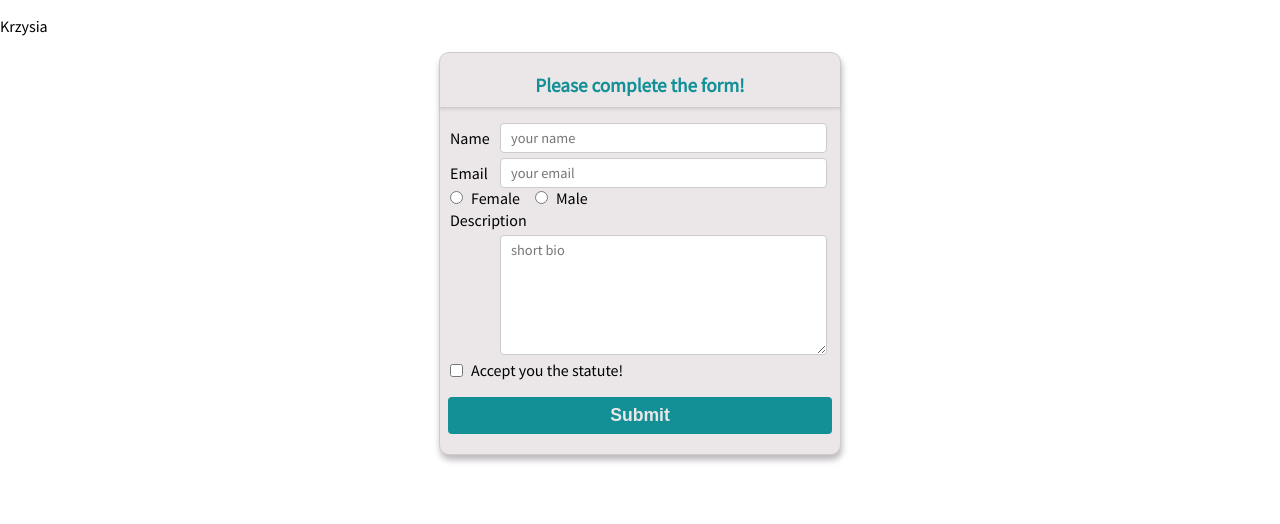
Repository: KrzysKolo/sr_tydzien4_zad2
Page: /
The author's editor kept a copy of each file at every save. The page is drawn from the files as they stood at one save, then again after the next save.
The browser window is 1280 px wide. The pictures show the whole page.
The project was rebuilt for these pictures with package versions that can differ from the ones it lists, and the page was loaded fresh each time. Also part of the build but not shown: src/components/formComponents/ErrorMessage.js, src/components/formComponents/Message.js.

Above is the page before, as saved 2020-11-27 23:31:22.

After the next save:
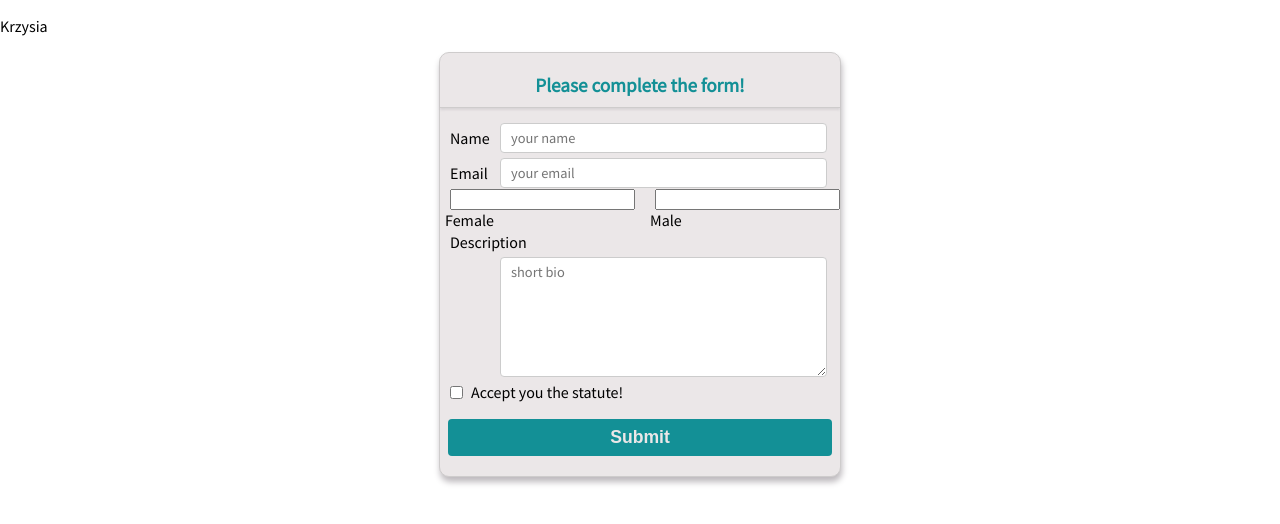
Saved 5 min 52 s later.
--- a/src/components/formComponents/Radio.js
+++ b/src/components/formComponents/Radio.js
@@ -24,7 +24,7 @@
         <>
             <RadioDiv>
               {options.map(option =>  <div key={option.id}>
-                    <RadioError id={option.value} {...props} errorInfo={errorInfo} message={message} />
+                    <RadioError id={option.value} name={name} errorInfo={errorInfo} message={message} />
                     <RadioLabel htmlFor={option.value}>{option.label}</RadioLabel>
                 </div>)}
              </RadioDiv>

After the save that followed:
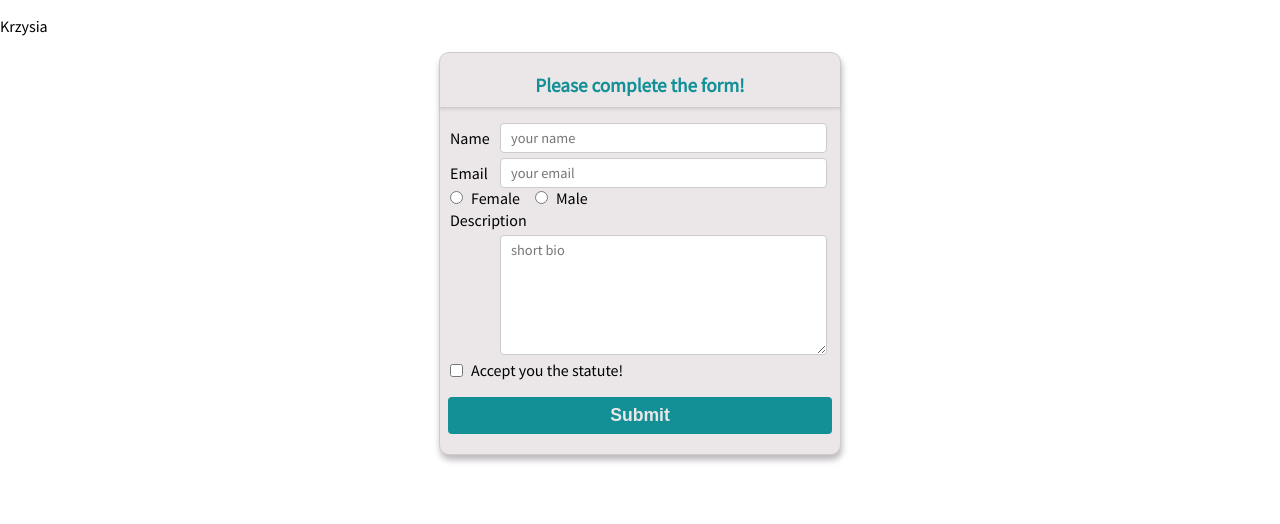
Saved 14 s later.
--- a/src/components/formComponents/Radio.js
+++ b/src/components/formComponents/Radio.js
@@ -24,7 +24,7 @@
         <>
             <RadioDiv>
               {options.map(option =>  <div key={option.id}>
-                    <RadioError id={option.value} name={name} errorInfo={errorInfo} message={message} />
+                    <RadioError id={option.value} name={name} {...props} errorInfo={errorInfo} message={message} />
                     <RadioLabel htmlFor={option.value}>{option.label}</RadioLabel>
                 </div>)}
              </RadioDiv>
